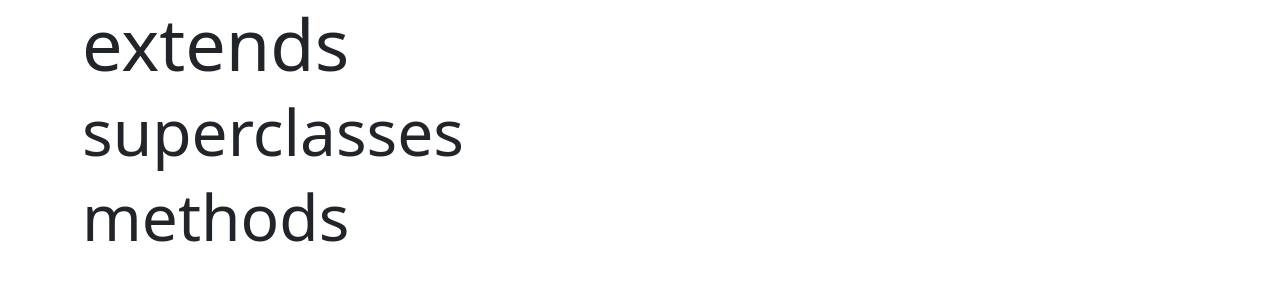
Repository: danieltikamori/wdb
Page: JavaScript/extendends-and-super-keywords/index.html
These files come from the project's save history. The page is drawn as it stood at one moment and after the next save; the edit follows.
The browser window is 1280 px wide. The pictures show the whole page.

Above is the page before, as saved 2023-01-29 13:06:13.
Console error: SyntaxError: Unexpected token '{'

### JavaScript/extendends-and-super-keywords/index.html
<!DOCTYPE html>
<html lang="en">
  <head>
    <meta charset="UTF-8" />
    <meta http-equiv="X-UA-Compatible" content="IE=edge" />
    <meta name="viewport" content="width=device-width, initial-scale=1.0" />
    <title>JS extends and super keywords</title>
    <link href="https://cdn.jsdelivr.net/npm/bootstrap@5.3.0-alpha1/dist/css/bootstrap.min.css" rel="stylesheet" integrity="sha384-GLhlTQ8iRABdZLl6O3oVMWSktQOp6b7In1Zl3/Jr59b6EGGoI1aFkw7cmDA6j6gD" crossorigin="anonymous">
  </head>
  <body>
<div class="container">
  <h1 class="display-2">extends</h1>
  <h2 class="display-3">superclasses</h2>
  <h2 class="display-3">methods</h2>
</div>


<script src="https://cdn.jsdelivr.net/npm/bootstrap@5.3.0-alpha1/dist/js/bootstrap.bundle.min.js" integrity="sha384-w76AqPfDkMBDXo30jS1Sgez6pr3x5MlQ1ZAGC+nuZB+EYdgRZgiwxhTBTkF7CXvN" crossorigin="anonymous"></script>
    <script src="app.js"></script>
  </body>
</html>

### JavaScript/extendends-and-super-keywords/app.js
class Pet {
  constructor(name, age) {
    this.name = name;
    this.age = age;
  }
  methodEat() {
    return `${this.name} is eating!`;
  }
}

class Cat extends Pet {
  constructor(name, age, livesLeft = 9) {
    super(name, age); // calls the superclass constructor instead of your own(that have the preference)
    this.livesLeft = livesLeft;
  methodMeow() {
    return `${this.name} is meowing!`;
  }
}

class Dog extends Pet {
  methodEat(){ // preferred method over the superclass
    return `${this.name} is eating in it's own class!`;
  }

  methodBark() {
    return `${this.name} is barking!`;
  }
}

After the next save:
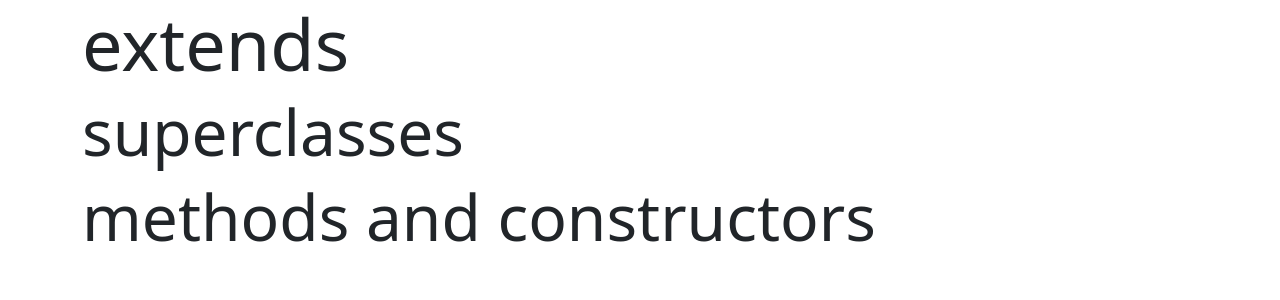
Saved 18 s later.
--- a/JavaScript/extendends-and-super-keywords/index.html
+++ b/JavaScript/extendends-and-super-keywords/index.html
@@ -11,7 +11,7 @@
 <div class="container">
   <h1 class="display-2">extends</h1>
   <h2 class="display-3">superclasses</h2>
-  <h2 class="display-3">methods</h2>
+  <h2 class="display-3">methods and constructors</h2>
 </div>
 
 
